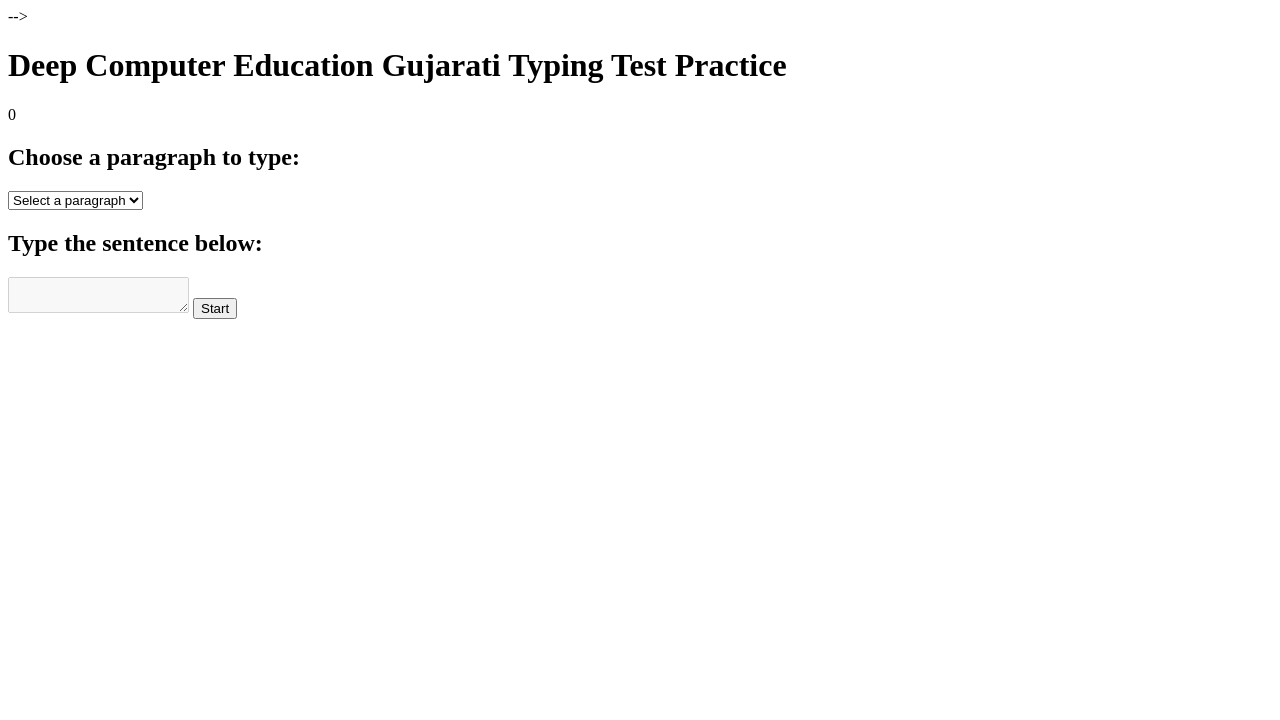
Repository: ssj27072002/Gujarati-typing-test
Page: typingGame/index.html
The author's editor kept a copy of each file at every save. The page is drawn from the files as they stood at one save, then again after the next save.
The browser window is 1280 px wide. The pictures show the whole page.

Above is the page before, as saved 2024-06-12 12:48:07.

After the next save:
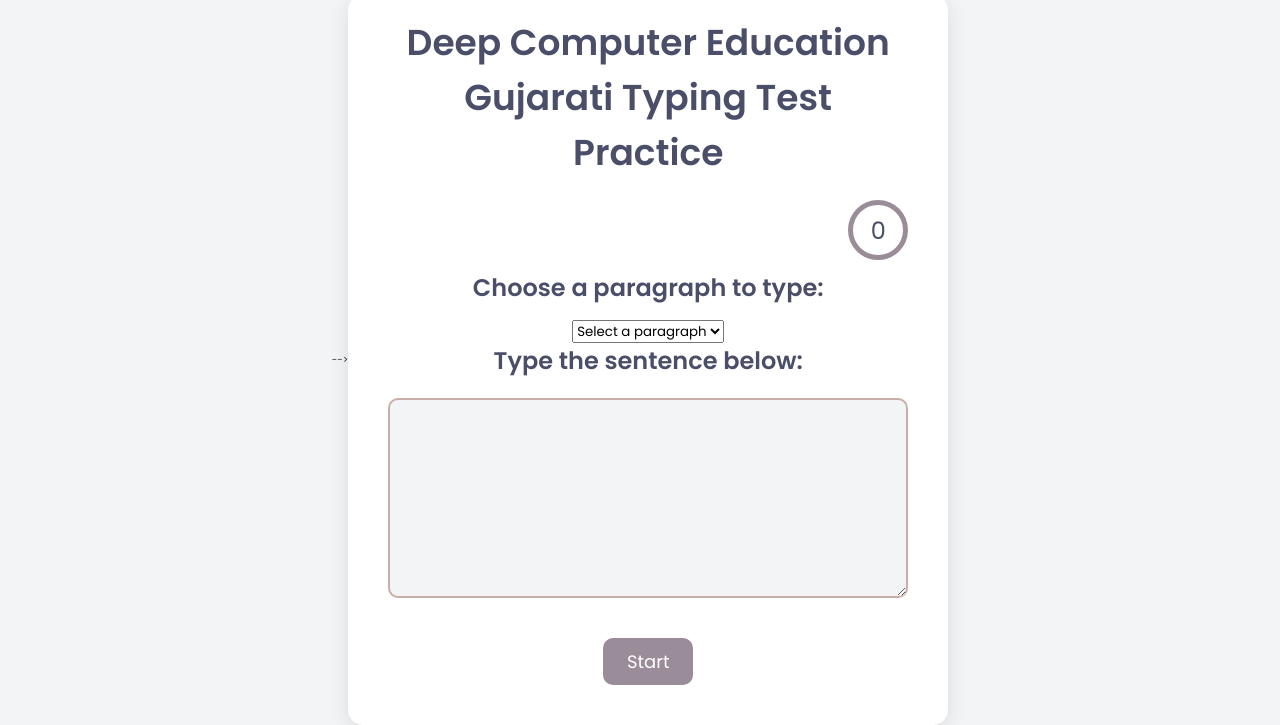
Saved 6 s later.
--- a/typingGame/css/style.css
+++ b/typingGame/css/style.css
@@ -77,7 +77,6 @@
     border-radius: 50%;
     border: .5rem solid #645CBB;
 } */
-
 /* @import url('https://fonts.googleapis.com/css2?family=Josefin+Sans:wght@400;600;700&family=Lexend+Deca:wght@100;200;300;400;500;600;700&family=Poppins:wght@300;400;600&display=swap');
 
 * {
@@ -194,7 +193,7 @@
 
 
 
-/* @import url('https://fonts.googleapis.com/css2?family=Josefin+Sans:wght@400;600;700&family=Lexend+Deca:wght@100;200;300;400;500;600;700&family=Poppins:wght@300;400;600&display=swap');
+@import url('https://fonts.googleapis.com/css2?family=Josefin+Sans:wght@400;600;700&family=Lexend+Deca:wght@100;200;300;400;500;600;700&family=Poppins:wght@300;400;600&display=swap');
 
 * {
     margin: 0;
@@ -278,7 +277,7 @@
 }
 
 #showSentence, #score {
-    font-size: 1.6rem;
+    font-size: 1.8rem;
     margin: 2rem 0;
     letter-spacing: .02rem;
     text-align: center;
@@ -307,4 +306,3 @@
     color: #4a4e69;
     background: #fff;
 }
- */
